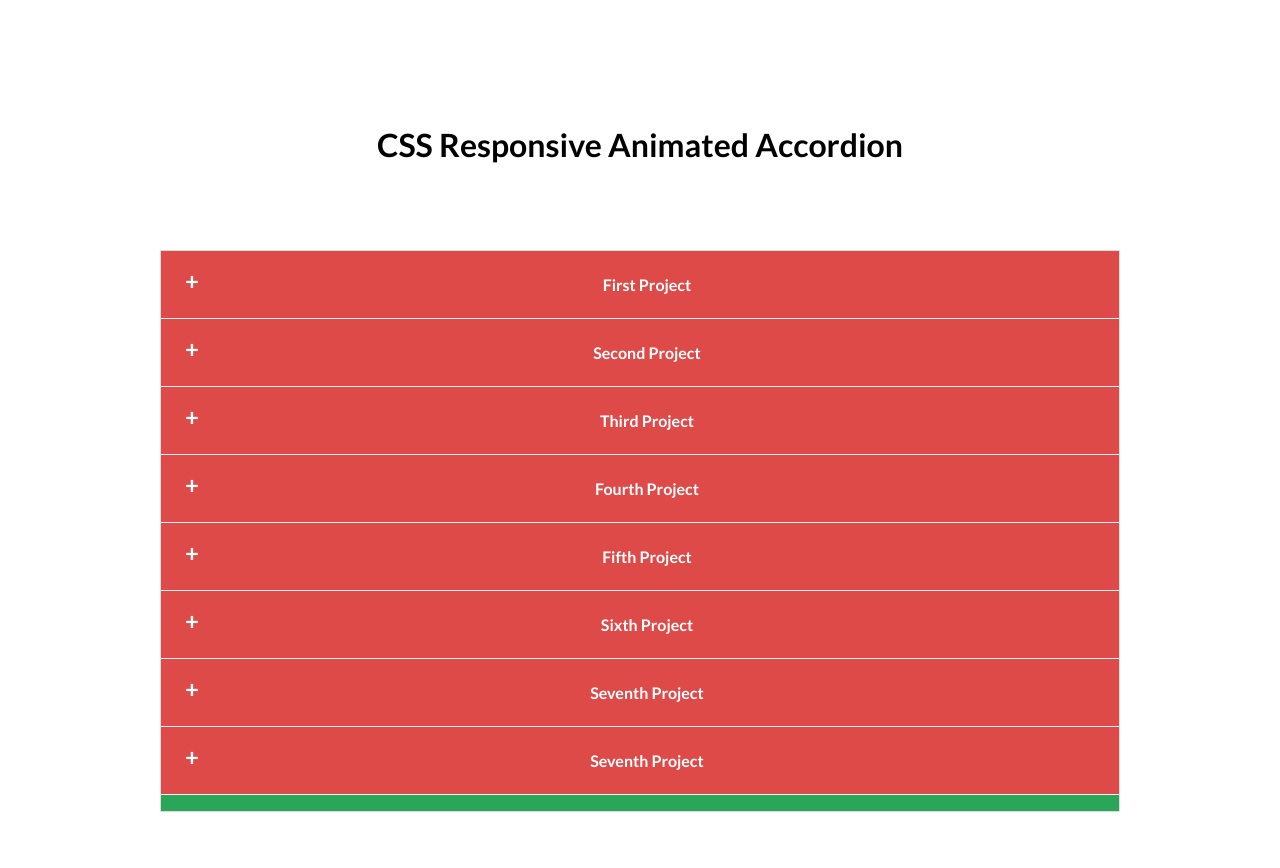
Repository: Imprasna/personalperform
Page: index.html
The author's editor kept a copy of each file at every save. The page is drawn from the files as they stood at one save, then again after the next save.
The browser window is 1280 px wide. The pictures show the whole page.
The style sheet was rebuilt from its Sass, Less or Tailwind sources for each picture, by a compiler version that may differ from the author's.

Above is the page before, as saved 2021-12-30 22:33:45.

### index.html
<!DOCTYPE html>
<html lang="en">

<head>
    <meta charset="UTF-8">
    <meta http-equiv="X-UA-Compatible" content="IE=edge">
    <meta name="viewport" content="width=device-width, initial-scale=1.0">
    <link rel="stylesheet" href="css/accordion.css">
    <title>Prasanna's Performance Tests</title>
</head>

<body>
    <div class="container">
        <h1 class="heading-primary">CSS Responsive Animated Accordion</h1>
        <div class="accordion">
            <dl>
                <dt>
                    <a href="#accordion1" aria-expanded="false" aria-controls="accordion1"
                        class="accordion-title accordionTitle js-accordionTrigger">First Project</a>
                </dt>
                <dd class="accordion-content accordionItem is-collapsed" id="accordion1" aria-hidden="true">
                    <p>Project Name : Gedee Public School.</p>
                    <p>No. of Days: 6 Months.</p>
                    <p>ToolS Used: HTML / CSS / JavaScript.</p>
                    <p>The time I joined the Company, this has been the first project that has been handed to me. Since I had no touch to whatever I learnt previously. It took me nearly 6 months and also due to the delay of contents from the client it took me so long in getting this project completed.
                    </p>
                </dd>
                <dt>
                    <a href="#accordion2" aria-expanded="false" aria-controls="accordion2"
                        class="accordion-title accordionTitle js-accordionTrigger">
                        Second Project</a>
                </dt>
                <dd class="accordion-content accordionItem is-collapsed" id="accordion2" aria-hidden="true">
                    <p>Project Name : Signatures.</p>
                    <p>No. of Days: 18 Days.</p>
                    <p>ToolS Used: Webflow.</p>
                    <p>The time I joined the Company, this has been the first project that has been handed to me. Since I had no touch to whatever I learnt previously. It took me nearly 6 months and also due to the delay of contents from the client it took me so long in getting this project completed.
                    </p>
                </dd>

                <dt>
                    <a href="#accordion3" aria-expanded="false" aria-controls="accordion3"
                        class="accordion-title accordionTitle js-accordionTrigger">
                        Third Project
                    </a>
                </dt>
                <dd class="accordion-content accordionItem is-collapsed" id="accordion3" aria-hidden="true">
                    <p>Project Name : CMK.</p>
                    <p>No. of Days: 18 Days.</p>
                    <p>ToolS Used: Webflow.</p>
                    <p>The time I joined the Company, this has been the first project that has been handed to me. Since I had no touch to whatever I learnt previously. It took me nearly 6 months and also due to the delay of contents from the client it took me so long in getting this project completed.
                    </p>
                </dd>

                <dt>
                    <a href="#accordion3" aria-expanded="false" aria-controls="accordion3"
                        class="accordion-title accordionTitle js-accordionTrigger">
                        Fourth Project
                    </a>
                </dt>
                <dd class="accordion-content accordionItem is-collapsed" id="accordion3" aria-hidden="true">
                    <p>Project Name : Triniva.</p>
                    <p>No. of Days: 18 Days.</p>
                    <p>ToolS Used: Webflow.</p>
                    <p>The time I joined the Company, this has been the first project that has been handed to me. Since I had no touch to whatever I learnt previously. It took me nearly 6 months and also due to the delay of contents from the client it took me so long in getting this project completed.
                    </p>
                </dd>

                <dt>
                    <a href="#accordion3" aria-expanded="false" aria-controls="accordion3"
                        class="accordion-title accordionTitle js-accordionTrigger">
                        Fifth Project
                    </a>
                </dt>
                <dd class="accordion-content accordionItem is-collapsed" id="accordion3" aria-hidden="true">
                    <p>Project Name : CACPL - Landing.</p>
                    <p>No. of Days: 18 Days.</p>
                    <p>ToolS Used: Webflow.</p>
                    <p>The time I joined the Company, this has been the first project that has been handed to me. Since I had no touch to whatever I learnt previously. It took me nearly 6 months and also due to the delay of contents from the client it took me so long in getting this project completed.
                    </p>
                </dd>

                <dt>
                    <a href="#accordion3" aria-expanded="false" aria-controls="accordion3"
                        class="accordion-title accordionTitle js-accordionTrigger">
                        Sixth Project
                    </a>
                </dt>
                <dd class="accordion-content accordionItem is-collapsed" id="accordion3" aria-hidden="true">
                    <p>Project Name : CACPL.</p>
                    <p>No. of Days: 18 Days.</p>
                    <p>ToolS Used: Webflow.</p>
                    <p>The time I joined the Company, this has been the first project that has been handed to me. Since I had no touch to whatever I learnt previously. It took me nearly 6 months and also due to the delay of contents from the client it took me so long in getting this project completed.
                    </p>
                </dd>

                <dt>
                    <a href="#accordion3" aria-expanded="false" aria-controls="accordion3"
                        class="accordion-title accordionTitle js-accordionTrigger">
                        Seventh Project
                    </a>
                </dt>
                <dd class="accordion-content accordionItem is-collapsed" id="accordion3" aria-hidden="true">
                    <p>Project Name : Consolidated One.</p>
                    <p>No. of Days: 18 Days.</p>
                    <p>ToolS Used: Webflow.</p>
                    <p>The time I joined the Company, this has been the first project that has been handed to me. Since I had no touch to whatever I learnt previously. It took me nearly 6 months and also due to the delay of contents from the client it took me so long in getting this project completed.
                    </p>
                </dd>

                <dt>
                    <a href="#accordion3" aria-expanded="false" aria-controls="accordion3"
                        class="accordion-title accordionTitle js-accordionTrigger">
                        Seventh Project
                    </a>
                </dt>
                <dd class="accordion-content accordionItem is-collapsed" id="accordion3" aria-hidden="true">
                    <p>Project Name : Atlas Pain Care.</p>
                    <p>No. of Days: 18 Days.</p>
                    <p>ToolS Used: Webflow.</p>
                    <p>The time I joined the Company, this has been the first project that has been handed to me. Since I had no touch to whatever I learnt previously. It took me nearly 6 months and also due to the delay of contents from the client it took me so long in getting this project completed.
                    </p>
                </dd>

            </dl>
        </div>
    </div>

    <script src="app.js"></script>
</body>

</html>

### app.js
//uses classList, setAttribute, and querySelectorAll
//if you want this to work in IE8/9 youll need to polyfill these
(function(){
	var d = document,
	accordionToggles = d.querySelectorAll('.js-accordionTrigger'),
	setAria,
	setAccordionAria,
	switchAccordion,
  touchSupported = ('ontouchstart' in window),
  pointerSupported = ('pointerdown' in window);

  skipClickDelay = function(e){
    e.preventDefault();
    e.target.click();
  }

		setAriaAttr = function(el, ariaType, newProperty){
		el.setAttribute(ariaType, newProperty);
	};
	setAccordionAria = function(el1, el2, expanded){
		switch(expanded) {
      case "true":
      	setAriaAttr(el1, 'aria-expanded', 'true');
      	setAriaAttr(el2, 'aria-hidden', 'false');
      	break;
      case "false":
      	setAriaAttr(el1, 'aria-expanded', 'false');
      	setAriaAttr(el2, 'aria-hidden', 'true');
      	break;
      default:
				break;
		}
	};
//function
switchAccordion = function(e) {
  console.log("triggered");
	e.preventDefault();
	var thisAnswer = e.target.parentNode.nextElementSibling;
	var thisQuestion = e.target;
	if(thisAnswer.classList.contains('is-collapsed')) {
		setAccordionAria(thisQuestion, thisAnswer, 'true');
	} else {
		setAccordionAria(thisQuestion, thisAnswer, 'false');
	}
  	thisQuestion.classList.toggle('is-collapsed');
  	thisQuestion.classList.toggle('is-expanded');
		thisAnswer.classList.toggle('is-collapsed');
		thisAnswer.classList.toggle('is-expanded');

  	thisAnswer.classList.toggle('animateIn');
	};
	for (var i=0,len=accordionToggles.length; i<len; i++) {
		if(touchSupported) {
      accordionToggles[i].addEventListener('touchstart', skipClickDelay, false);
    }
    if(pointerSupported){
      accordionToggles[i].addEventListener('pointerdown', skipClickDelay, false);
    }
    accordionToggles[i].addEventListener('click', switchAccordion, false);
  }
})();

### accordion.scss

//updated ver
* {
    box-sizing:border-box;
  }
  @import url(https://fonts.googleapis.com/css?family=Lato:400,700);
  body {

    font-family:'Lato';
  }
  .heading-primary {
    font-size:2em;
    padding:2em;
    text-align:center;
  }
  .accordion dl,
  .accordion-list {
     border:1px solid #ddd;
     &:after {
         content: "";
         display:block;
         height:1em;
         width:100%;
         background-color:darken(#38cc70, 10%);
       }
  }
  .accordion dd,
  .accordion__panel {
     background-color:#eee;
     font-size:1em;
     line-height:1.5em;
     height: auto;
  }
  .accordion p {
    padding: .2rem;
  }

  .accordion {
      position:relative;
      background-color:#eee;
  }
  .container {
    max-width:960px;
    margin:0 auto;
    padding:2em 0 2em 0;
  }
  .accordionTitle,
  .accordion__Heading {
   background-color:#DD4A48;
     text-align:center;
       font-weight:700;
            padding:1.5rem;
            display:block;
            text-decoration:none;
            color:#fff;
            transition:background-color 0.5s ease-in-out;
    border-bottom:1px solid darken(#fff, 5%);
    &:before {
     content: "+";
     font-size:1.5em;
     line-height:0.5em;
     float:left;
     transition: transform 0.3s ease-in-out;
    }
    &:hover {
      background-color:darken(#EC255A, 10%);
    }
  }
  .accordionTitleActive,
  .accordionTitle.is-expanded {
     background-color:darken(#4F091D, 10%);
     border-bottom:1px solid darken(#4F091D, 5%);
      &:before {

        transform:rotate(-225deg);
      }
  }
  .accordionItem {
      height:auto;
      overflow:hidden;
      //SHAME: magic number to allow the accordion to animate

       max-height:50em;
      transition:max-height 1s;


      @media screen and (min-width:48em) {
           max-height:20em;
          transition:max-height 0.5s

      }


  }

  .accordionItem.is-collapsed {
      max-height:0;
  }
  .no-js .accordionItem.is-collapsed {
    max-height: auto;
  }
  .animateIn {
       animation: accordionIn 0.45s normal ease-in-out both 1;
  }
  .animateOut {
       animation: accordionOut 0.45s alternate ease-in-out both 1;
  }
  @keyframes accordionIn {
    0% {
      opacity: 0;
      transform:scale(0.9) rotateX(-60deg);
      transform-origin: 50% 0;
    }
    100% {
      opacity:1;
      transform:scale(1);
    }
  }

  @keyframes accordionOut {
      0% {
         opacity: 1;
         transform:scale(1);
       }
       100% {
            opacity:0;
             transform:scale(0.9) rotateX(-60deg);
         }
  }

After the next save:
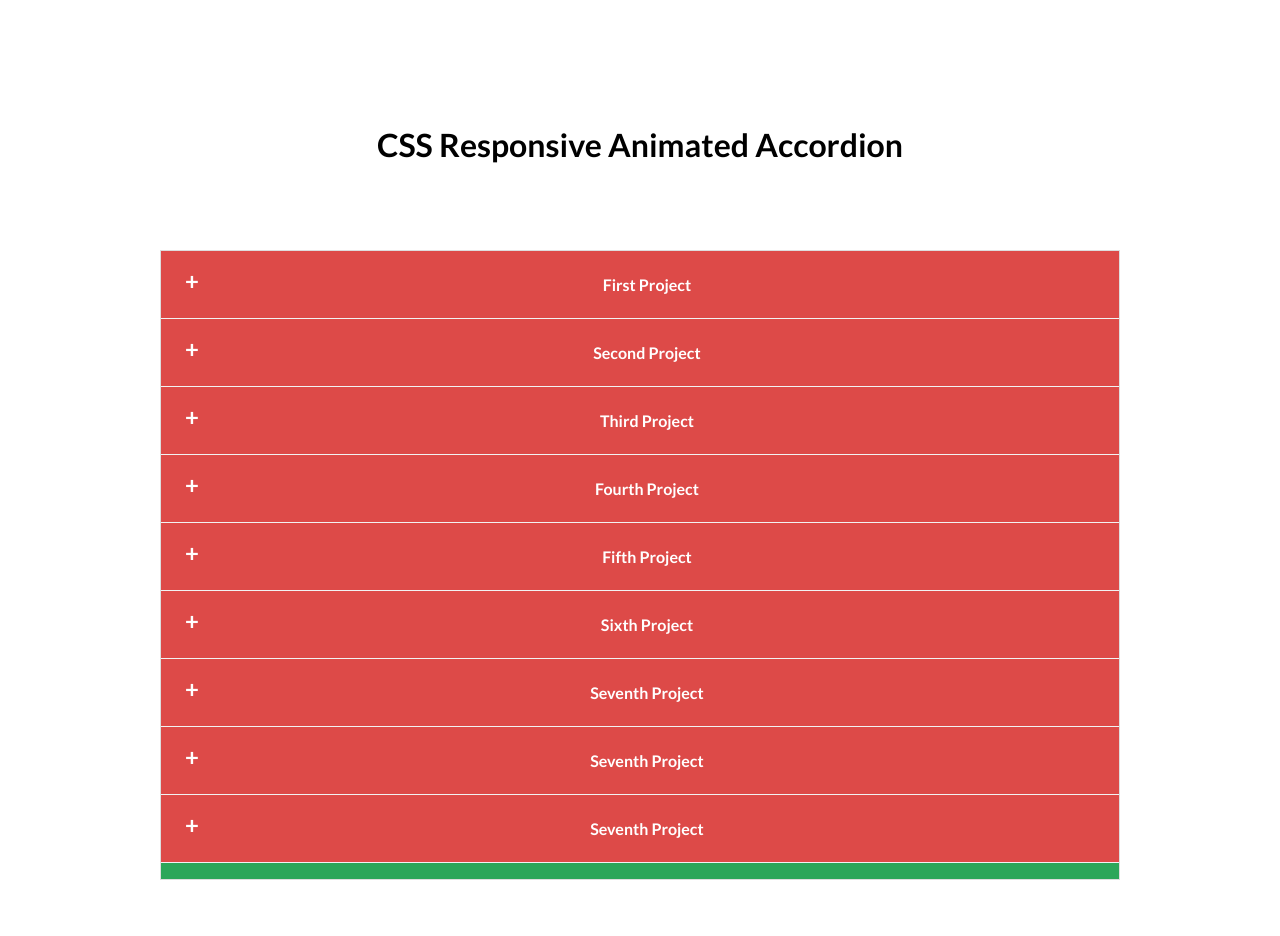
Saved 10 s later.
--- a/index.html
+++ b/index.html
@@ -122,6 +122,20 @@
                     </p>
                 </dd>
 
+                <dt>
+                    <a href="#accordion3" aria-expanded="false" aria-controls="accordion3"
+                        class="accordion-title accordionTitle js-accordionTrigger">
+                        Seventh Project
+                    </a>
+                </dt>
+                <dd class="accordion-content accordionItem is-collapsed" id="accordion3" aria-hidden="true">
+                    <p>Project Name : Atlas Pain Care.</p>
+                    <p>No. of Days: 18 Days.</p>
+                    <p>ToolS Used: Webflow.</p>
+                    <p>The time I joined the Company, this has been the first project that has been handed to me. Since I had no touch to whatever I learnt previously. It took me nearly 6 months and also due to the delay of contents from the client it took me so long in getting this project completed.
+                    </p>
+                </dd>
+
             </dl>
         </div>
     </div>
